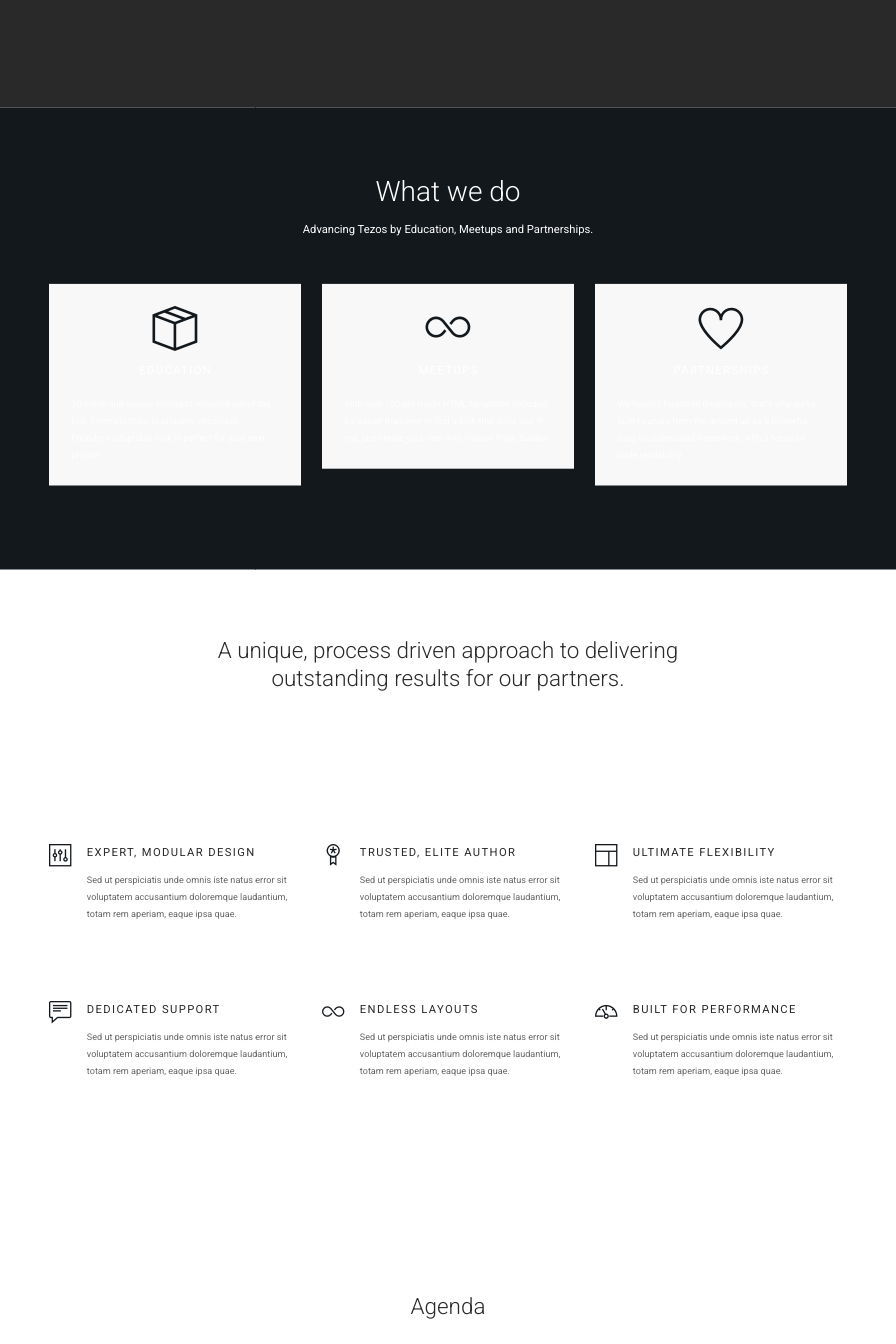
Repository: Tezos-India-Foundation/TIF-Website
Page: Tezos India Website/page.html
These files come from the project's save history. The page is drawn as it stood at one moment and after the next save; the edit follows.
The browser window is 1280 px wide. The pictures show the part of the page from y = 912 to 2832 px (the page is 5141 px tall), at 70% of full size.
A picture or video elsewhere on the page could not be fetched, so the positions and the page height are approximate.

Above is the page before, as saved 2019-08-13 04:13:25.

After the next save:
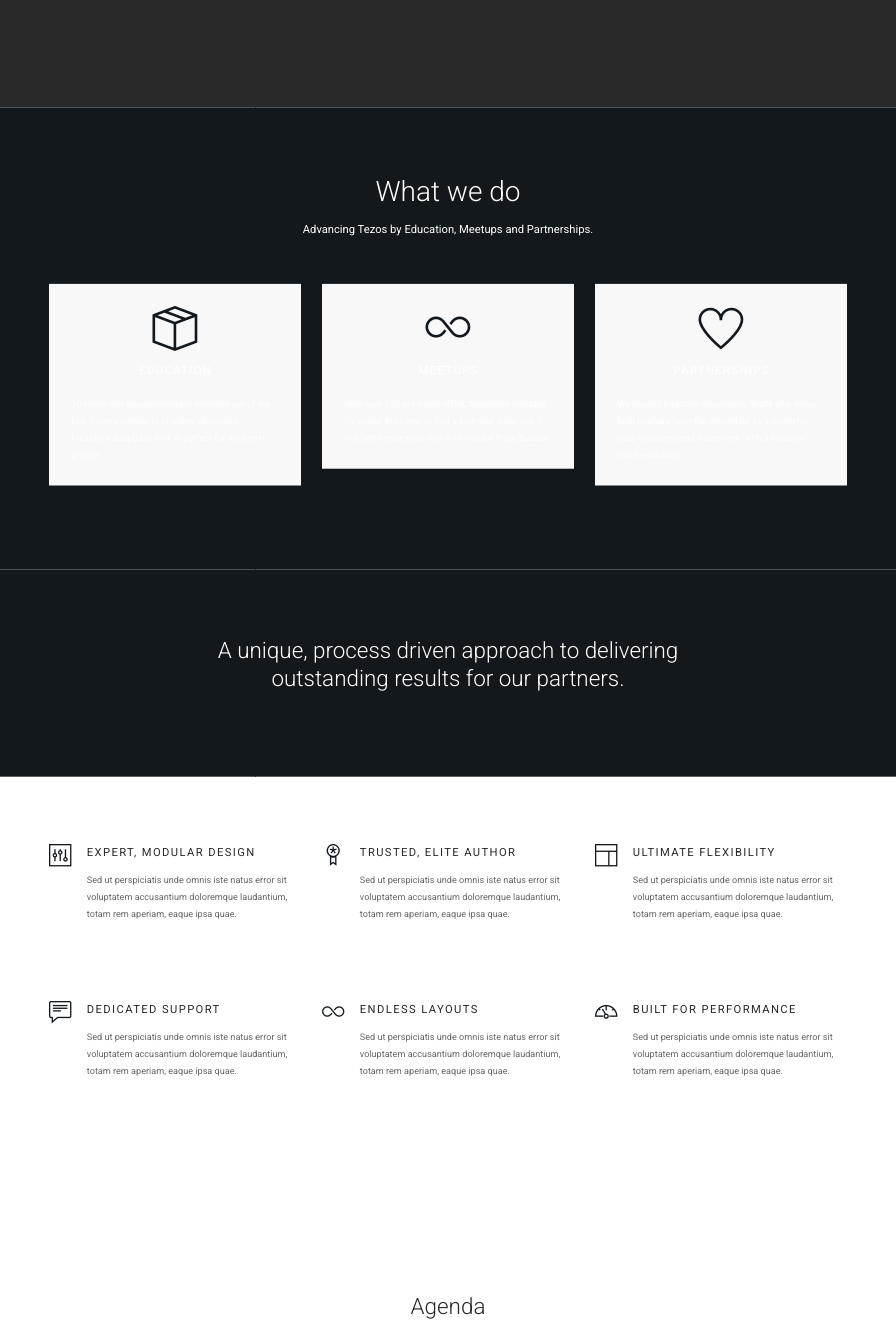
Saved 15 s later.
--- a/Tezos India Website/page.html
+++ b/Tezos India Website/page.html
@@ -179,7 +179,7 @@
 		</div>
 		<!--end of container-->
 	</section>
-	<section class="pg-primary">
+	<section class="bg-primary">
 		<div class="container">
 			<div class="row">
 				<div class="col-md-8 col-md-offset-2 col-sm-10 col-sm-offset-1 text-center">
